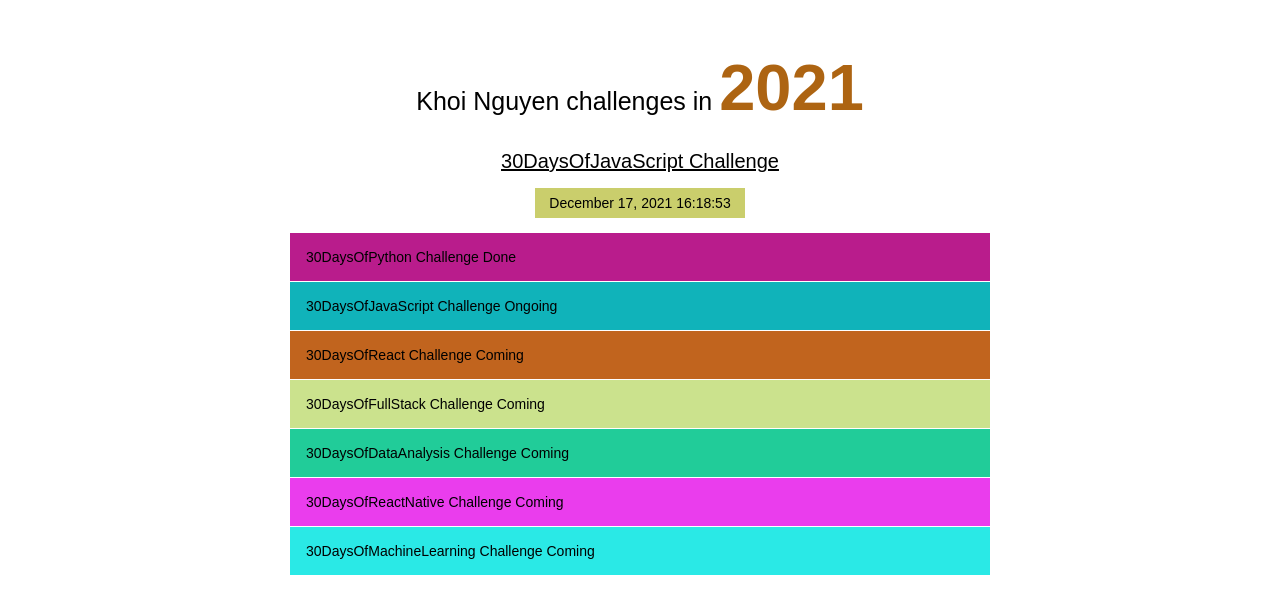
Repository: kaza1509/ChangeColor
Page: index.html
The author's editor kept a copy of each file at every save. The page is drawn from the files as they stood at one save, then again after the next save.
The browser window is 1280 px wide. The pictures show the whole page.

Above is the page before, as saved 2021-12-17 16:23:01.

### index.html
<!DOCTYPE html>
<html lang="en">
<head>
    <meta charset="UTF-8">
    <meta http-equiv="X-UA-Compatible" content="IE=edge">
    <meta name="viewport" content="width=device-width, initial-scale=1.0">
    <link rel="stylesheet" href="./css/main.css">
    <title>Document</title>
</head>
<body>
    <div class="wrapper">
        <h1>
            Khoi Nguyen challenges in <span>2021</span>
        </h1>
        <h2>
            <a target="_blank" href="https://www.facebook.com/kaza15092001/">30DaysOfJavaScript Challenge</a>
        </h2>
        <div id="time">
            <span>January 22,2021 02:49:01</span>
        </div>
        <ul>
            <li>30DaysOfPython Challenge Done</li>
            <li>30DaysOfJavaScript Challenge Ongoing</li>
            <li>30DaysOfReact Challenge Coming</li>
            <li>30DaysOfFullStack Challenge Coming</li>
            <li>30DaysOfDataAnalysis Challenge Coming</li>
            <li>30DaysOfReactNative Challenge Coming</li>
            <li>30DaysOfMachineLearning Challenge Coming</li>
        </ul>
    </div>
    <script src="./scripts/excrise.js"></script>
</body>
</html>

### css/main.css
* {
    padding: 0;
    margin: 0;
    box-sizing: border-box;
}

*::selection {
    background-color: #EB695B;
    color: #fff;
}

body {
    display: flex;
    justify-content: center;
    align-items: center;
    font-family: Arial, Helvetica, sans-serif;
}

a {
    color: #000;
}

li {
    list-style: none;
}

h1, h2 {
    text-align: center;
    font-weight: normal;
}

h1 {
    margin-bottom: 25px;
    font-size: 25px;
}

h1 span {
    font-size: 65px;
    font-weight: 550;
}

h2 {
    font-size: 20px;
}

#time {
    margin: 15px 0;
    display: flex;
    justify-content: center;
}

#time span {
    padding: 7px 14px;
    background-color: #EB695B;
    display: inline-block;
    font-size: 14px;
}

.wrapper {
    margin: 50px 0;
}

ul li {
    padding:16px;
    font-size: 14px;
    width: 700px;
    border-bottom: 1.7px solid #fff;
}

ul li:first-child {
    background-color: #5BBC7A;
}

ul li:nth-child(2) {
    background-color: #F7DC5C;
}

ul li:nth-child(n + 3) {
    background-color: #EB695B;
}

@media screen and (max-width: 990px) {
    body {
        display: block;
    }
    .wrapper {
        padding: 0 10px;
    }
    ul li {
        width: auto;
    }
}

### scripts/excrise.js
let randomHexa = () => {
  let hexa ='';

  while(true) {
    let ran = Math.floor(Math.random() * 123)
    if((ran >=48 && ran <=57)
    || (ran >= 65 && ran <= 70)
    || (ran >= 97 && ran <= 102))
    {
      hexa += String.fromCharCode(ran)
    }
    if(hexa.length == 6) break;
  }

  return `#${hexa.toUpperCase()}`
}

function checkTime(i) {
    if (i < 10) {
      i = "0" + i;
    }
    return i;
  }

let startTime = () => {
    let time = document.querySelector('#time span')

    time.style.backgroundColor = `${randomHexa()}`

    const monthNames = ["January", "February", "March", "April", "May", "June",
    "July", "August", "September", "October", "November", "December"
    ];

    let now = new Date()
    let y = now.getFullYear()
    let m = monthNames[now.getMonth()]
    console.log(m);
    let d = checkTime(now.getDate())
    let h = checkTime(now.getHours())
    let mm = checkTime(now.getMinutes())
    let s = checkTime(now.getSeconds())

    time.innerHTML = `${m} ${d}, ${y} ${h}:${mm}:${s}`


    t = setTimeout(function() {
        startTime()
    }, 1000);
}

let yearChange = () => {
  let year = document.querySelector('h1 span')
  year.style.color = `${randomHexa()}`

  t = setTimeout(function() {
    yearChange()
  }, 1000);
}

let changeli = () => {
  let li = document.getElementsByTagName('li')
  for (let i = 0; i < li.length; i++) {
    li[i].style.background = `${randomHexa()}`
  }
  t = setTimeout(function() {
    changeli()
  }, 1000);
}



let main = () => {
  yearChange()
  startTime()
  changeli()
}

main()

After the next save:
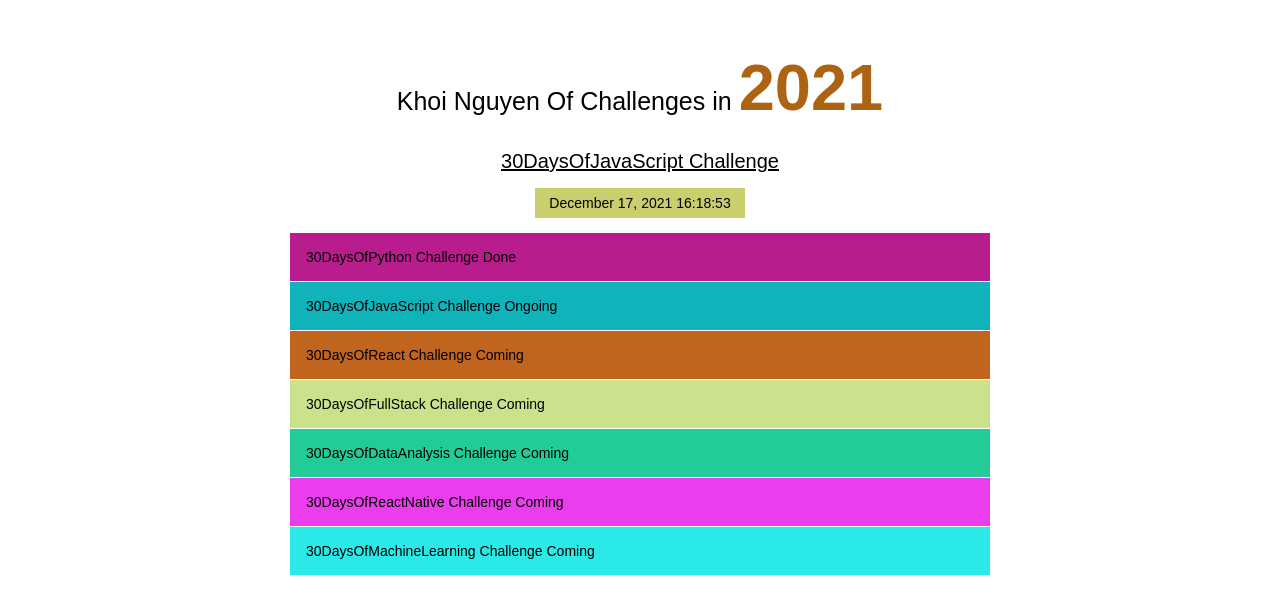
Saved 35 s later.
--- a/index.html
+++ b/index.html
@@ -10,7 +10,7 @@
 <body>
     <div class="wrapper">
         <h1>
-            Khoi Nguyen challenges in <span>2021</span>
+            Khoi Nguyen Of Challenges in <span>2021</span>
         </h1>
         <h2>
             <a target="_blank" href="https://www.facebook.com/kaza15092001/">30DaysOfJavaScript Challenge</a>
